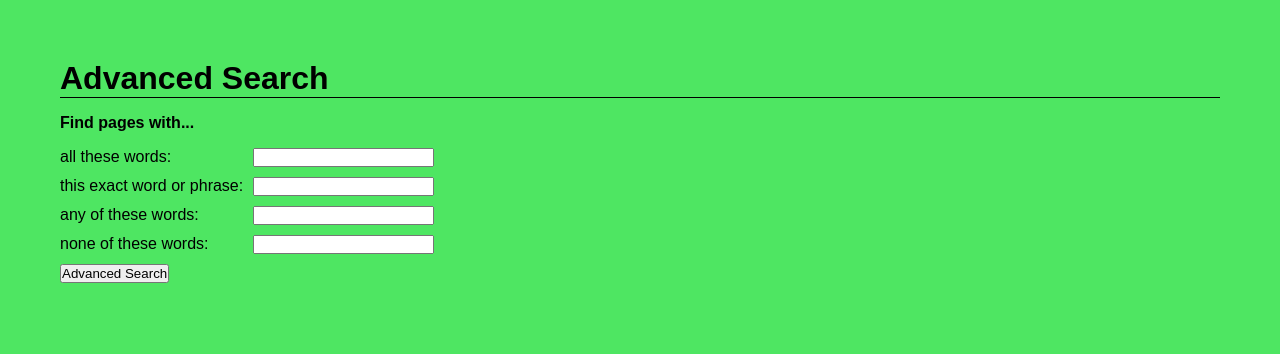
Repository: etentuk/search
Page: advanced_search.html
The author's editor kept a copy of each file at every save. The page is drawn from the files as they stood at one save, then again after a run of saves.
The browser window is 1280 px wide. The pictures show the whole page.

Above is the page before, as saved 2021-11-04 23:08:46.

After the next 2 saves:
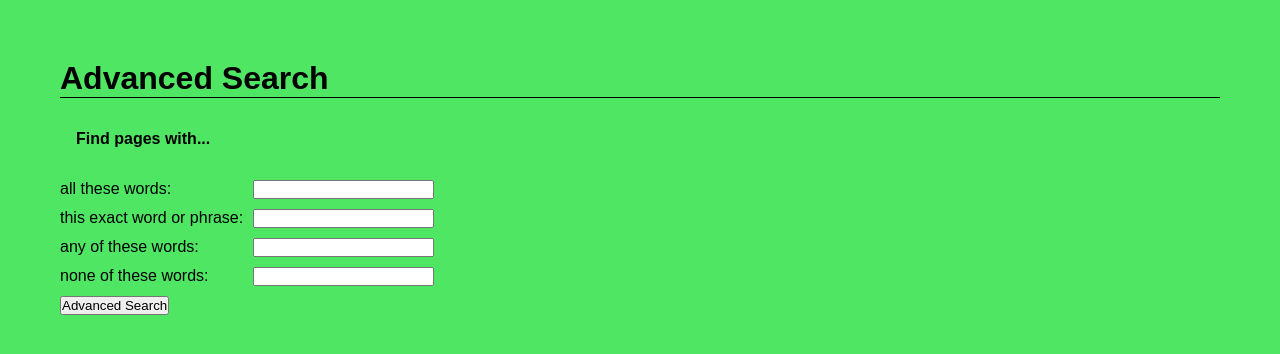
The 2 saves are shown as one change because they came seconds apart.
The last was saved 41 s later.
--- a/styles.css
+++ b/styles.css
@@ -35,5 +35,5 @@ label {
 }
 
 #container h4 {
-  padding: 1rem 0;
+  padding: 2rem 1rem;
 }
